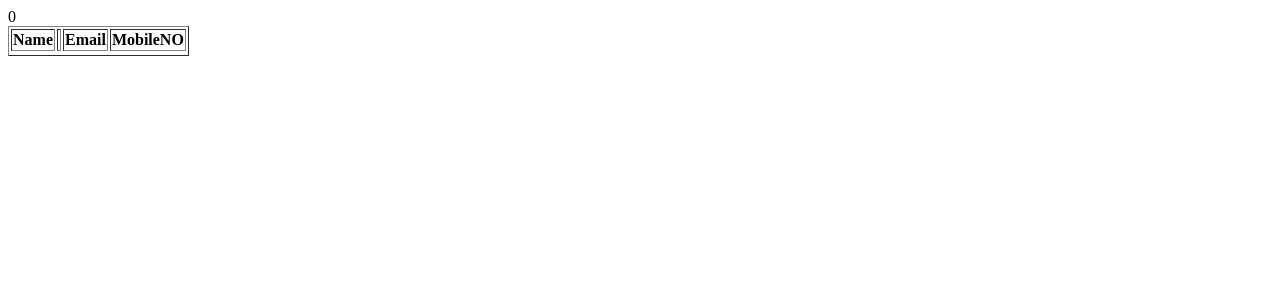
Repository: nishasirt/SimplilearnRepo1
Page: http://localhost/JSPSession/RetriveController.jsp
The author's editor kept a copy of each file at every save. The page is drawn from the files as they stood at one save, then again after the next save.
The browser window is 1280 px wide. The pictures show the whole page.
The page is served by Tomcat 9. Queries for data that is not in the repository find no rows.

Above is the page before, as saved 2022-11-15 12:56:06.

After the next save:
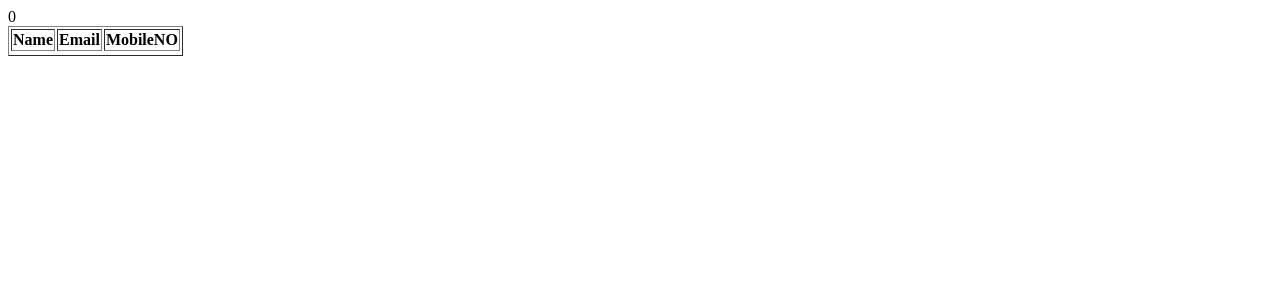
Saved 40 s later.
--- a/JSPSession/WebContent/RetriveController.jsp
+++ b/JSPSession/WebContent/RetriveController.jsp
@@ -22,7 +22,7 @@ try {
 	%>
 	 <form action="update.jsp">
 	<table border="1">
-    <tr><th>Name</th><th><th>Email</th><th>MobileNO</th><tr>
+    <tr><th>Name</th><th>Email</th><th>MobileNO</th><tr>
 
 	<% for(User u:arr)
 	{%>
